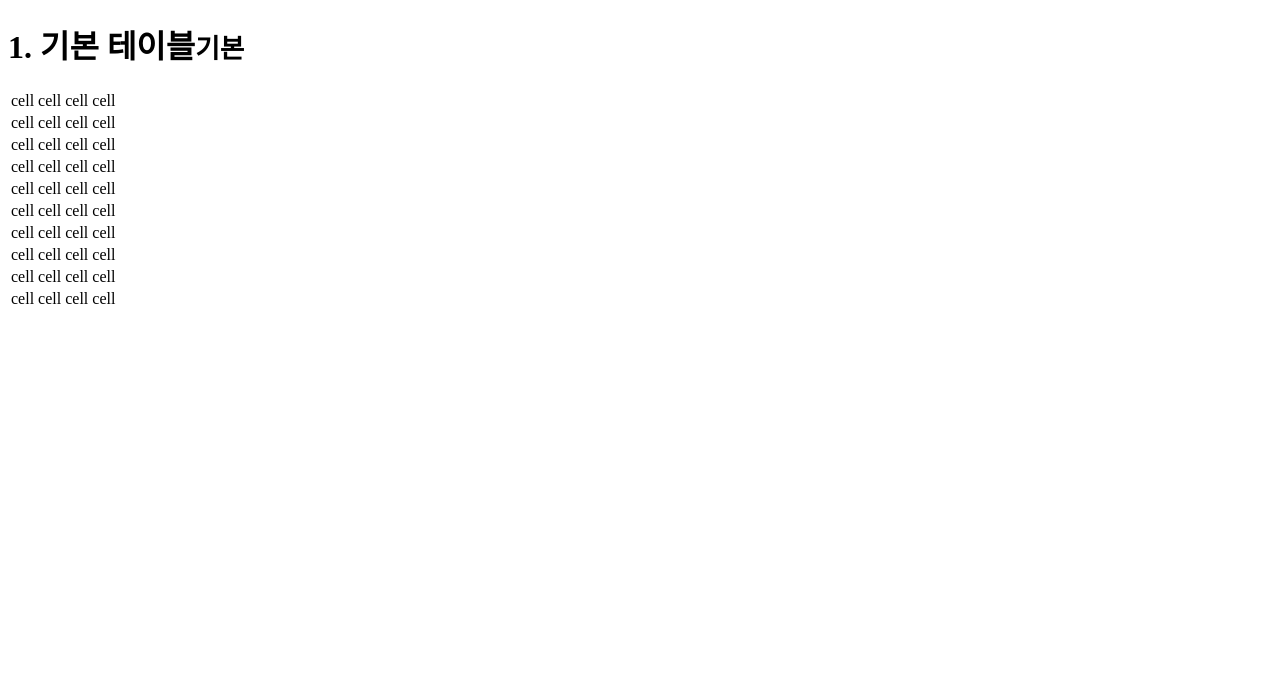
Repository: yhj4130/BootstrapStudy
Page: BootstrapWork/WebContent/BootEx02.html
The author's editor kept a copy of each file at every save. The page is drawn from the files as they stood at one save, then again after the next save.
The browser window is 1280 px wide. The pictures show the whole page.

Above is the page before, as saved 2019-06-12 01:40:23.

### BootstrapWork/WebContent/BootEx02.html
<!DOCTYPE html>
<html>
<head>
<meta charset="UTF-8">
<title>BootEx02.html</title>

<style type="text/css">
	/* 테이블 기본 서식 */
	#table
	{
		witdth: 500px;
		border: 1px solid black;
		border-collapse: collapse;
	}

	#table td
	{
		border: 1px solid black;
	}
</style>

</head>
<body>

<h1>1. 기본 테이블<small>기본</small></h1>

<!-- table>(tr>td{cell*4)*10 -->
<table>
	<tr>
		<td>cell</td>
		<td>cell</td>
		<td>cell</td>
		<td>cell</td>
	</tr>
	<tr>
		<td>cell</td>
		<td>cell</td>
		<td>cell</td>
		<td>cell</td>
	</tr>
	<tr>
		<td>cell</td>
		<td>cell</td>
		<td>cell</td>
		<td>cell</td>
	</tr>
	<tr>
		<td>cell</td>
		<td>cell</td>
		<td>cell</td>
		<td>cell</td>
	</tr>
	<tr>
		<td>cell</td>
		<td>cell</td>
		<td>cell</td>
		<td>cell</td>
	</tr>
	<tr>
		<td>cell</td>
		<td>cell</td>
		<td>cell</td>
		<td>cell</td>
	</tr>
	<tr>
		<td>cell</td>
		<td>cell</td>
		<td>cell</td>
		<td>cell</td>
	</tr>
	<tr>
		<td>cell</td>
		<td>cell</td>
		<td>cell</td>
		<td>cell</td>
	</tr>
	<tr>
		<td>cell</td>
		<td>cell</td>
		<td>cell</td>
		<td>cell</td>
	</tr>
	<tr>
		<td>cell</td>
		<td>cell</td>
		<td>cell</td>
		<td>cell</td>
	</tr>
</table>

</body>
</html>

After the next save:
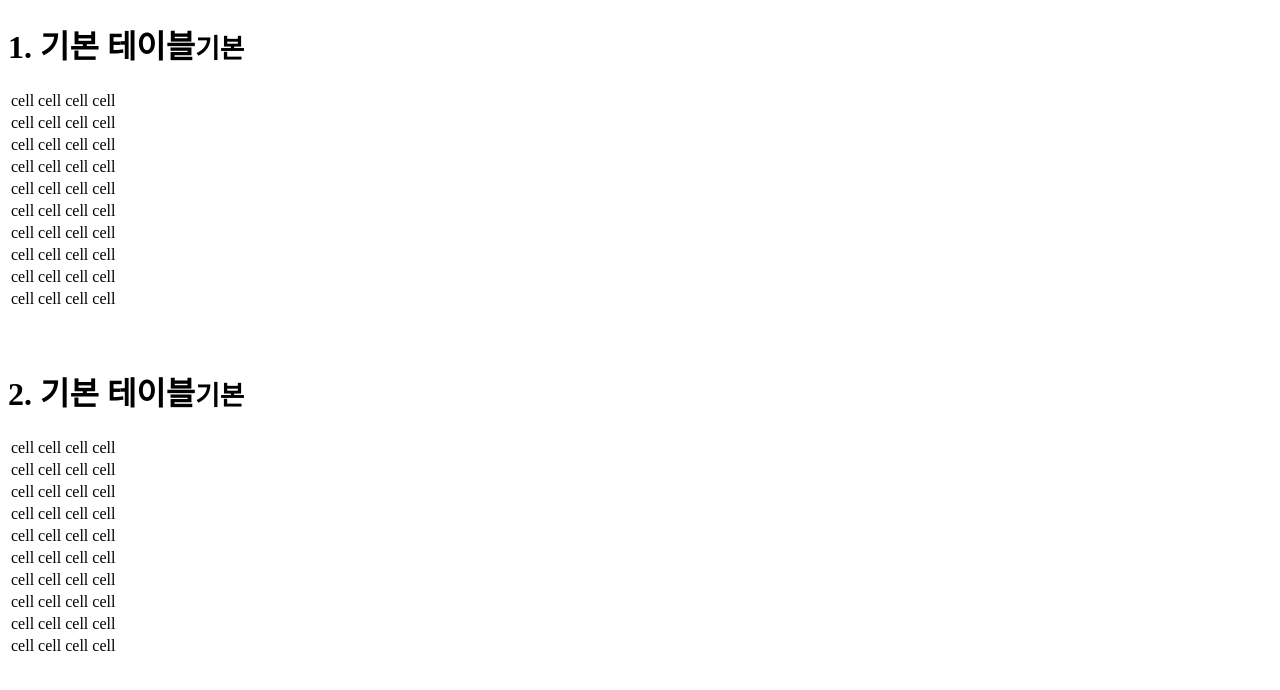
Saved 25 s later.
--- a/BootstrapWork/WebContent/BootEx02.html
+++ b/BootstrapWork/WebContent/BootEx02.html
@@ -88,5 +88,74 @@
 	</tr>
 </table>
 
+<br><br>
+
+<h1>2. 기본 테이블<small>기본</small></h1>
+
+<!-- table>(tr>td{cell*4)*10 -->
+<table>
+	<tr>
+		<td>cell</td>
+		<td>cell</td>
+		<td>cell</td>
+		<td>cell</td>
+	</tr>
+	<tr>
+		<td>cell</td>
+		<td>cell</td>
+		<td>cell</td>
+		<td>cell</td>
+	</tr>
+	<tr>
+		<td>cell</td>
+		<td>cell</td>
+		<td>cell</td>
+		<td>cell</td>
+	</tr>
+	<tr>
+		<td>cell</td>
+		<td>cell</td>
+		<td>cell</td>
+		<td>cell</td>
+	</tr>
+	<tr>
+		<td>cell</td>
+		<td>cell</td>
+		<td>cell</td>
+		<td>cell</td>
+	</tr>
+	<tr>
+		<td>cell</td>
+		<td>cell</td>
+		<td>cell</td>
+		<td>cell</td>
+	</tr>
+	<tr>
+		<td>cell</td>
+		<td>cell</td>
+		<td>cell</td>
+		<td>cell</td>
+	</tr>
+	<tr>
+		<td>cell</td>
+		<td>cell</td>
+		<td>cell</td>
+		<td>cell</td>
+	</tr>
+	<tr>
+		<td>cell</td>
+		<td>cell</td>
+		<td>cell</td>
+		<td>cell</td>
+	</tr>
+	<tr>
+		<td>cell</td>
+		<td>cell</td>
+		<td>cell</td>
+		<td>cell</td>
+	</tr>
+</table>
+
+
 </body>
 </html>
